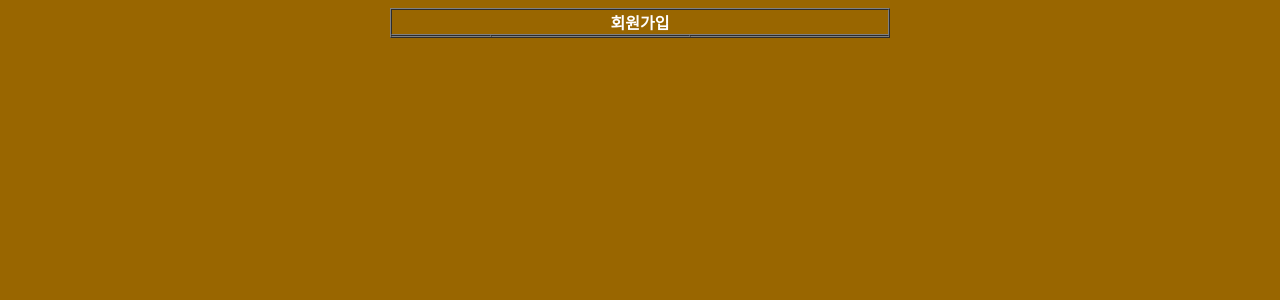
Repository: beom324/jsp-servlet
Page: http://localhost/day1226/member.jsp
An editor plug-in stored every save of this project. The page is shown before and after the next save, followed by the edit.
The browser window is 1280 px wide. The pictures show the whole page.
The page is served by Tomcat 9.

Above is the page before, as saved 2023-12-26 00:33:04.

After the next save:
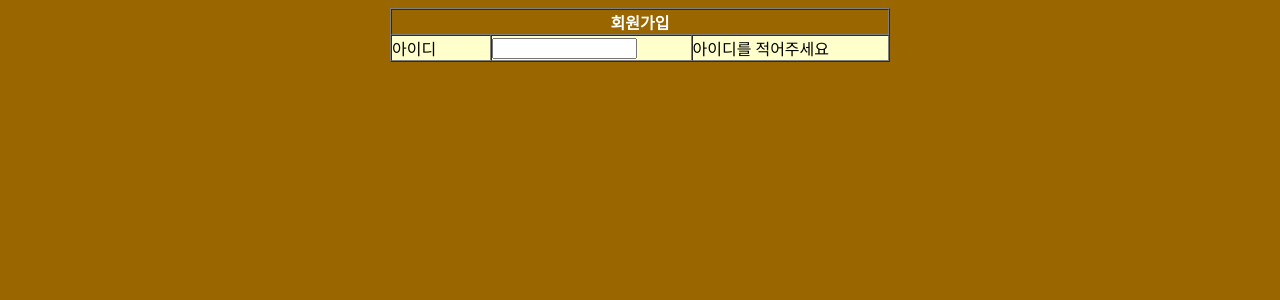
Saved 55 s later.
--- a/day1226/src/main/webapp/member.jsp
+++ b/day1226/src/main/webapp/member.jsp
@@ -18,9 +18,11 @@
 							</td>
 						</tr>
 						<tr>
-							<td width="100"></td>
-							<td width="200"></td>
-							<td width="200"></td>
+							<td width="100">아이디</td>
+							<td width="200">
+								<input type="text" name="id" size="15">
+							</td>
+							<td width="200">아이디를 적어주세요</td>
 						</tr>
 					</form>
 				</table>
